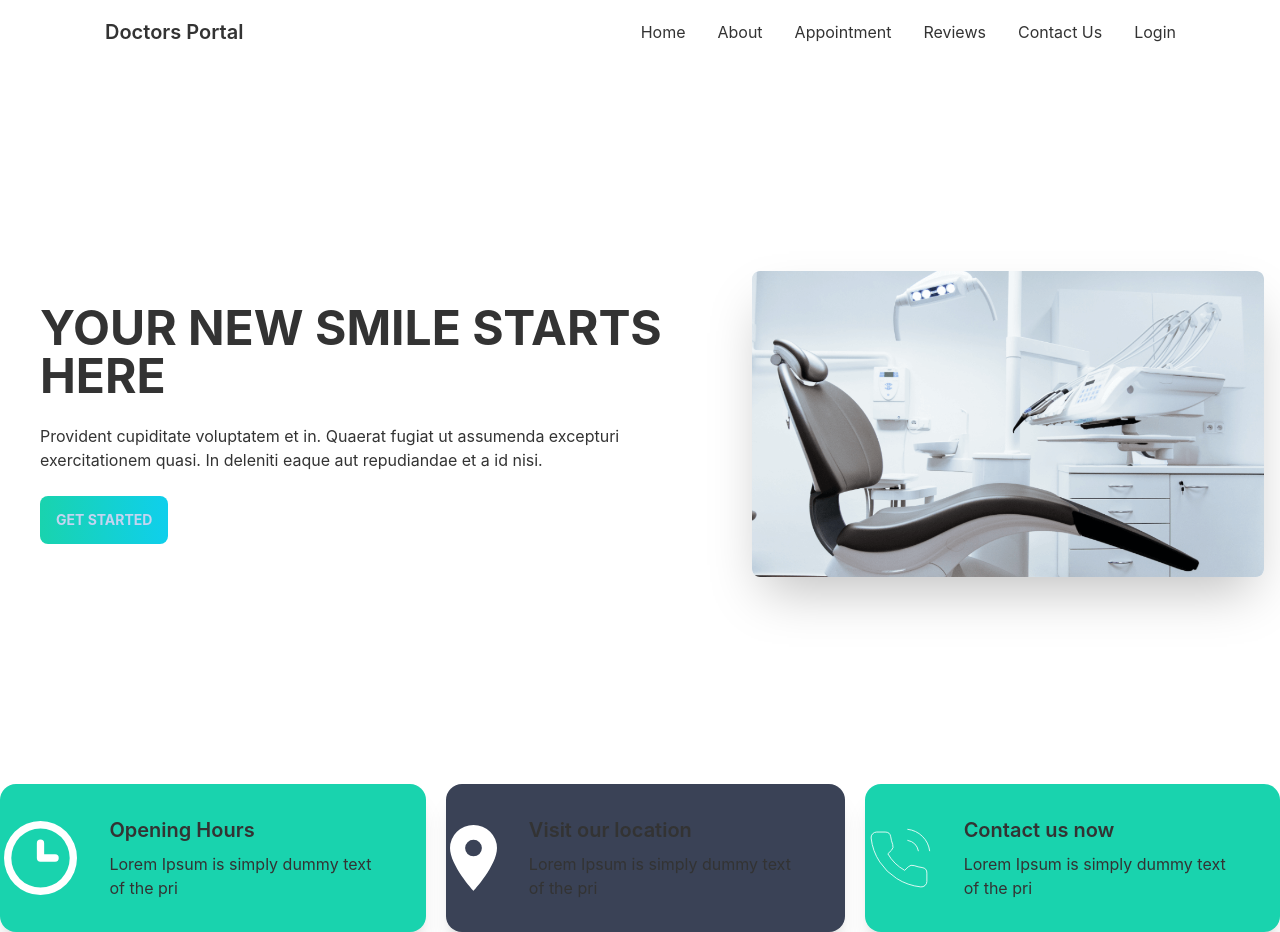
Repository: shikubro90/doctorsportal
Page: /
These files come from the project's save history. The page is drawn as it stood at one moment and after the next save; the edit follows.
The browser window is 1280 px wide. The pictures show the whole page.
The project was rebuilt for these pictures with package versions that can differ from the ones it lists, and the page was loaded fresh each time. Also part of the build but not shown: src/App.css, src/Pages/About/About.jsx.

Above is the page before, as saved 2022-09-28 17:04:15.

### src/App.js
import { Route, Routes } from 'react-router-dom';
import './App.css';
import About from './Pages/About/About';
import Home from './Pages/Home/Home';
import Navbar from './Shared/Navbar';

function App() {
  return (
    <div className="App">
      <Navbar/>
      <Routes>
        <Route path='/' element={<Home/>}/>
        <Route path='/home' element={<Home/>}/>
        <Route path='/about' element={<About/>}/>
      </Routes>
    </div>
  );
}

export default App;

### src/Pages/Home/Home.jsx
import React from 'react'
import Banner from './Banner'
import BasicInfo from './BasicInfo'

const Home = () => {
  return (
    <div>
      <Banner />
      <BasicInfo/>
    </div>
  )
}

export default Home

### src/Shared/Navbar.jsx
import React from 'react'
import { Link } from 'react-router-dom'

const Navbar = () => {
  return (
    <div className="px-20">
      <div className="navbar bg-base-100">
        <div className="navbar-start">
          <div className="dropdown">
            <label tabIndex={0} className="btn btn-ghost lg:hidden">
              <svg
                xmlns="http://www.w3.org/2000/svg"
                className="h-5 w-5"
                fill="none"
                viewBox="0 0 24 24"
                stroke="currentColor"
              >
                <path
                  strokeLinecap="round"
                  strokeLinejoin="round"
                  strokeWidth="2"
                  d="M4 6h16M4 12h8m-8 6h16"
                />
              </svg>
            </label>
            <ul
              tabIndex={0}
              className="menu menu-compact dropdown-content mt-3 p-2 shadow bg-base-100 rounded-box w-52"
            >
              <li>
                <Link to="/home">Home</Link>
              </li>
              <li>
                <Link to="/about">About</Link>
              </li>
              <li>
                <Link to="/appointment">Appointment</Link>
              </li>
              <li>
                <Link to="/review">Reviews</Link>
              </li>
              <li>
                <Link to="/contact">Contact Us</Link>
              </li>
              <li>
                <Link to="/contact">Login</Link>
              </li>
            </ul>
          </div>
          <Link to="/" className='btn btn-ghost normal-case text-xl'>Doctors Portal</Link>
        </div>

        <div className="navbar-center hidden lg:flex">

          <ul className="menu menu-horizontal p-0 pl-20">
            <li>
              <Link to="/home">Home</Link>
            </li>
            <li>
              <Link to="/about">About</Link>
            </li>
            <li>
              <Link to="/appointment">Appointment</Link>
            </li>
            <li>
              <Link to="/review">Reviews</Link>
            </li>
            <li>
              <Link to="/contact">Contact Us</Link>
            </li>
            <li>
              <Link to="/contact">Login</Link>
            </li>
          </ul>

        </div>

      </div>

    </div>
  )
}

export default Navbar

### src/Pages/Home/Banner.jsx
import React from 'react'
import heroImage from '../../assets/images/chair.png'
import ButtonPrimary from '../../Shared/ButtonPrimary'

function Banner() {
  return (
    <div className=''>
      <div className="hero min-h-screen">
        <div className="hero-content flex flex-col lg:flex-row-reverse">
          <img
            src={heroImage}
            className="max-w-lg rounded-lg shadow-2xl"
            alt='bannerImage'
          />
          <div className='px-6'>
            <h1 className="text-5xl font-bold uppercase">Your New Smile Starts Here</h1>
            <p className="py-6 ">
              Provident cupiditate voluptatem et in. Quaerat fugiat ut assumenda
              excepturi exercitationem quasi. In deleniti eaque aut repudiandae
              et a id nisi.
            </p>
            <ButtonPrimary>{"Get Started"}</ButtonPrimary>
          </div>
        </div>
      </div>
    </div>
  )
}

export default Banner

### src/Pages/Home/BasicInfo.jsx
import MiniCard from './MiniCard'
import { miniCard } from '../../assets/resourse/Resourse.js'

const BasicInfo = () => {
  return (
    <div className="flex items-center justify-center gap-5">
      {miniCard.map(({ id, icon, title, style, disc }) => {
        return (
          <MiniCard
            id={id}
            icon={icon}
            title={title}
            style={style}
            disc={disc}
          />
        )
      })}
    </div>
  )
}

export default BasicInfo

### src/Shared/ButtonPrimary.jsx
function ButtonPrimary({ children }) {
  return (
    <div>
      <button className="btn bg-gradient-to-r from-secondary to-primary border-none font-bold">
        {children}
      </button>
    </div>
  )
}

export default ButtonPrimary

### src/Pages/Home/MiniCard.jsx
const MiniCard = (props) => {
  const { id, icon, title, style, disc } = props
  return (
    <div
      key={id}
      className="card card-side bg-base-100 shadow-xl flex items-center justify-center px-1"
      style={style}
    >
      <div className="">
        <img src={icon} alt="icon" />
      </div>
      <div className="card-body">
        <h2 className="card-title">{title}</h2>
        <p>{disc}</p>
      </div>
    </div>
  )
}

export default MiniCard

### src/assets/resourse/Resourse.js
import clock from "../icons/clock.svg"
import marker from '../icons/marker.svg'
import phone from '../icons/phone.svg'

export const miniCard =[
    {
        id : 0,
        icon : clock,
        title : "Opening Hours",
        disc : "Lorem Ipsum is simply dummy text of the pri",
        style : {background : "#19D3AE"}
    },
    {
        id : 1,
        icon : marker,
        title : "Visit our location",
        disc : "Lorem Ipsum is simply dummy text of the pri",
        style : {background : "#3A4256"}
    },
    {
        id : 2,
        icon : phone,
        title : "Contact us now",
        disc : "Lorem Ipsum is simply dummy text of the pri",
        style : {background : "#19D3AE"}
    }
]

### tailwind.config.js
/** @type {import('tailwindcss').Config} */
module.exports = {
  content: [
    "./src/**/*.{js,jsx,ts,tsx}",
  ],
  theme: {
    extend: {},
  },
  daisyui: {
    themes: [
      {
       doctorstheme: {
          primary: "#0FCFEC",
          secondary: "#19D3AE",
          accent: "#3A4256",
          neutral: "#3d4451",
          "base-100": "#ffffff",
        },
      },
      "light",
      "cupcake",
    ],
  },
  plugins: [require("daisyui")],
}

Loaded but not shown: public/index.html (common file); src/index.js (common file); src/index.css (common file); src/reportWebVitals.js (common file)

After the next save:
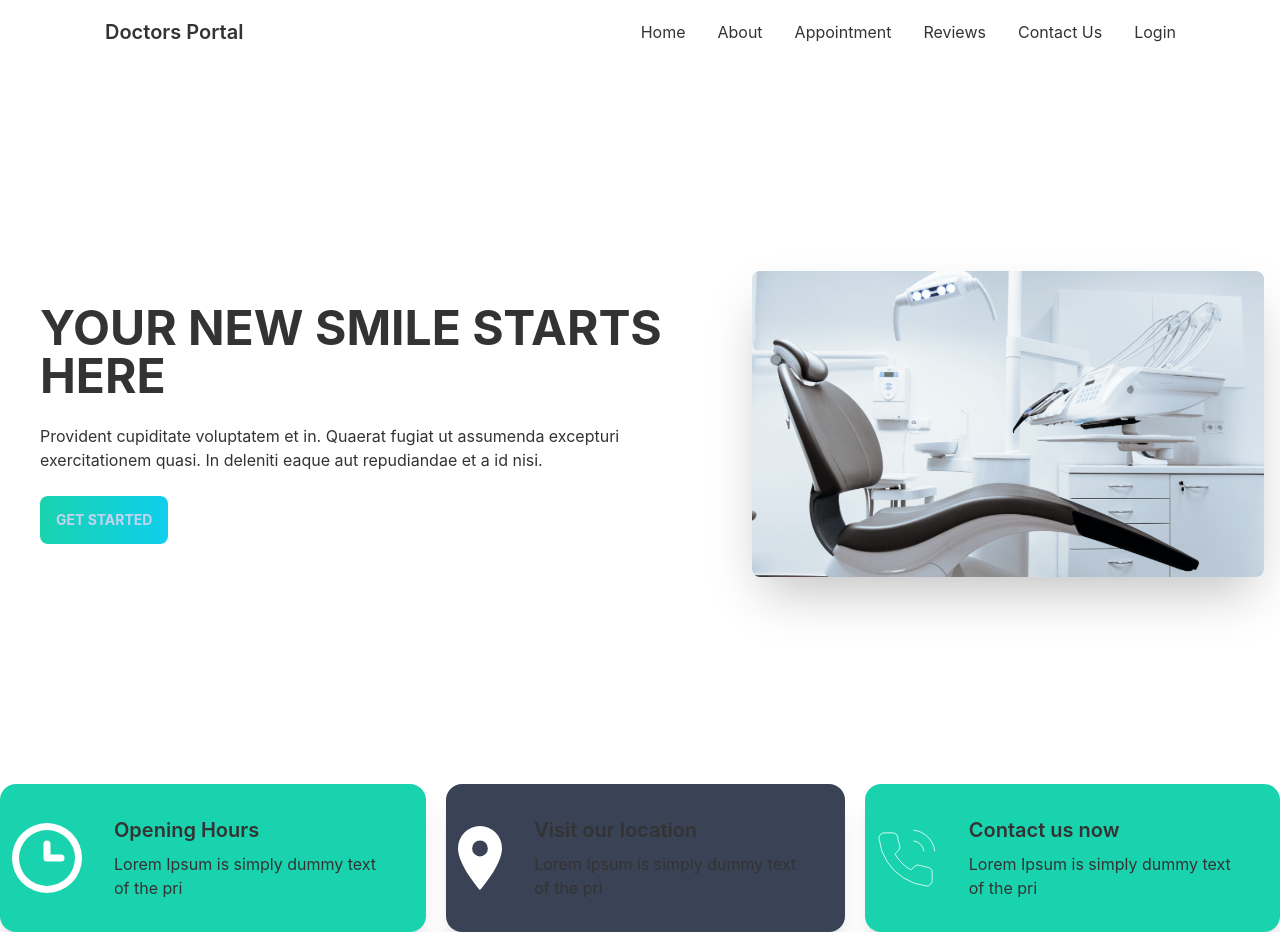
Saved 17 s later.
--- a/src/Pages/Home/MiniCard.jsx
+++ b/src/Pages/Home/MiniCard.jsx
@@ -3,7 +3,7 @@ const MiniCard = (props) => {
   return (
     <div
       key={id}
-      className="card card-side bg-base-100 shadow-xl flex items-center justify-center px-1"
+      className="card card-side bg-base-100 shadow-xl flex items-center justify-center px-3"
       style={style}
     >
       <div className="">
